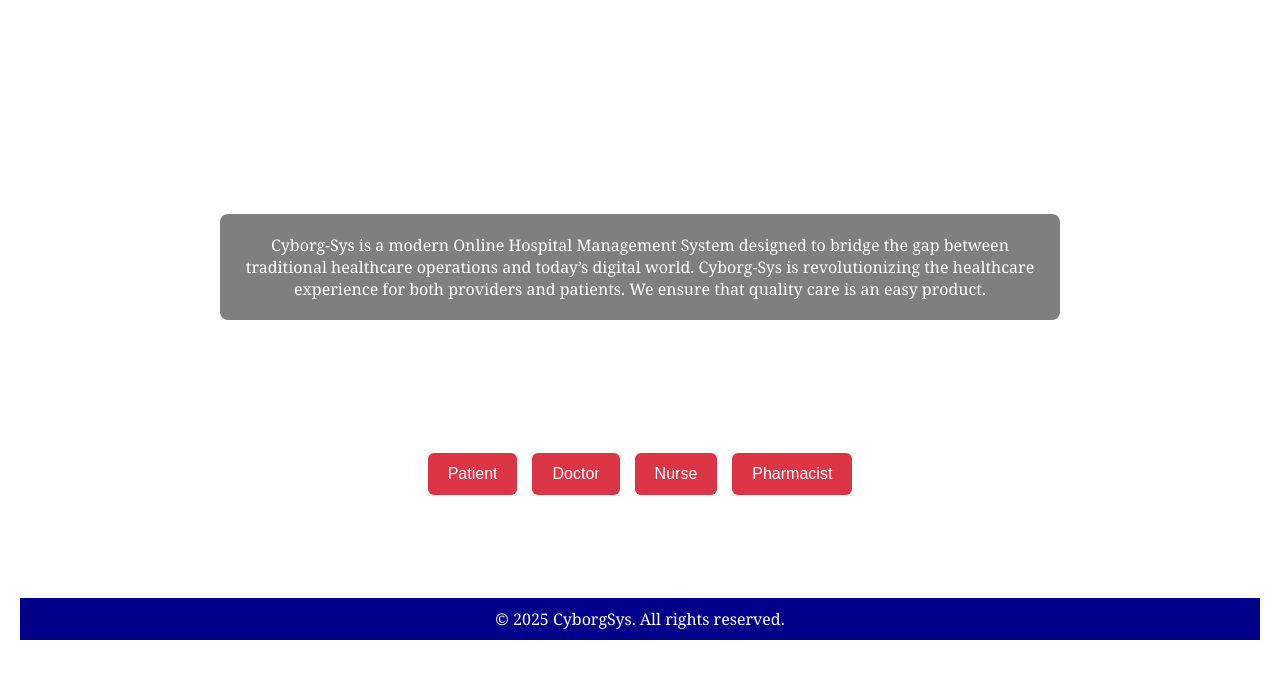
Repository: BinuriJ/HospitalSystem
Page: http://localhost/CyborgSys/home.jsp
An editor plug-in stored every save of this project. The page is shown before and after a run of saves, followed by the edit.
The browser window is 1280 px wide. The pictures show the whole page.
The page is served by Tomcat 9.

Above is the page before, as saved 2025-05-09 18:28:23.

After the next 2 saves:
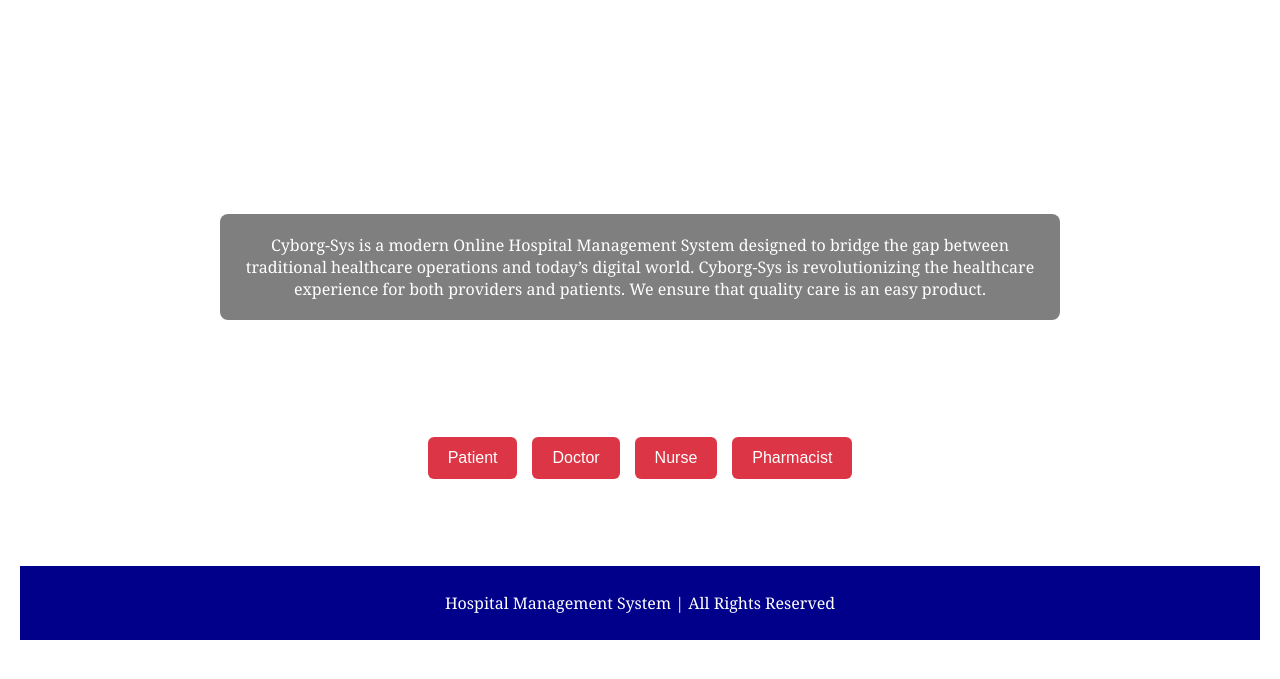
The 2 saves are shown as one change because they came seconds apart.
The last was saved 19 s later.
--- a/CyborgSys/WebContent/home.jsp
+++ b/CyborgSys/WebContent/home.jsp
@@ -30,9 +30,8 @@
         <button class="role-btn">Pharmacist</button>
     </div>
 
-    <footer>
-        &copy; 2025 CyborgSys. All rights reserved.
-    </footer>
+    <jsp:include page="footer.jsp" />
+
 </div>
 
 </body>
